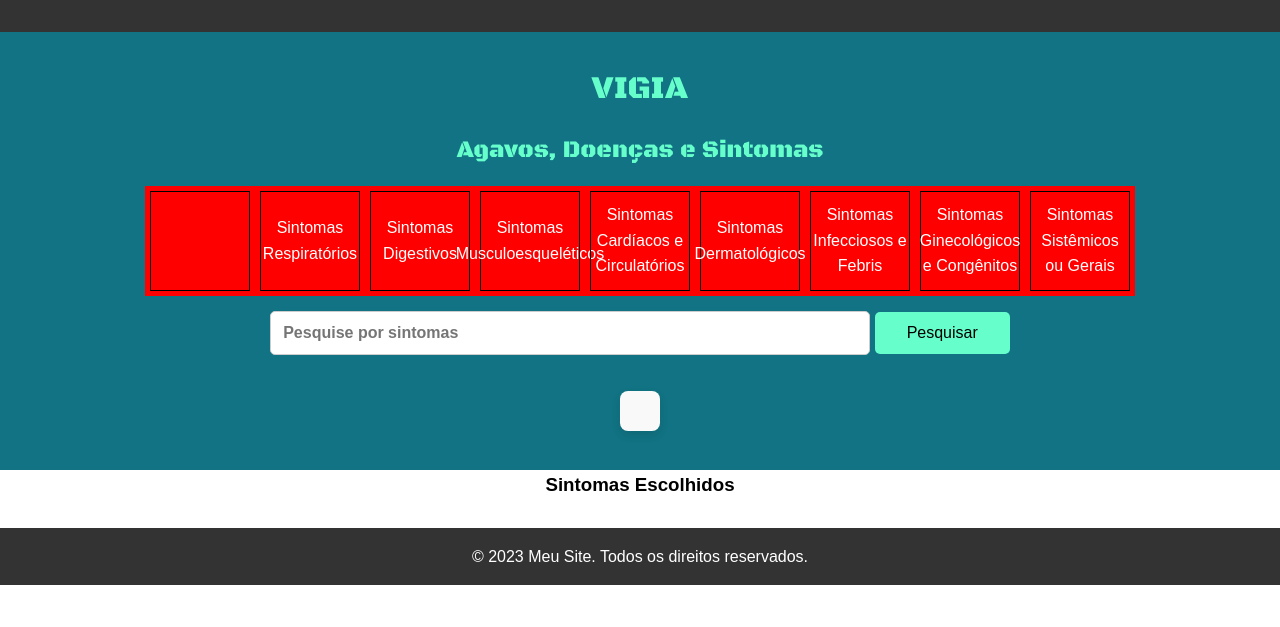
Repository: br-on/vigia
Page: index.html
These files come from the project's save history. The page is drawn as it stood at one moment and after the next save; the edit follows.
The browser window is 1280 px wide. The pictures show the whole page.
Some web fonts or font styles are not loaded; a fallback is used.

Above is the page before, as saved 2024-09-15 16:09:32.
Not found: assets/img/grupos/1.png

### index.html
<!DOCTYPE html>
<html lang="pt-br">
<head>
  <meta charset="UTF-8">
  <meta name="viewport" content="width=device-width, initial-scale=1.0">
  <title>IA VIGILÂNCIA</title>
  <link rel="stylesheet" href="assets/style/style.css">
</head>
<body>
  <nav>
  </nav>
  <header class="search">
    <h1 class="black-ops-one-regular">VIGIA</h1>
    <h2 class="black-ops-one-regular">Agavos, Doenças e Sintomas</h2>
    <div class="grupos-sintomas">
      <div class="grupo-sintoma"><img src="/assets/img/grupos/1.png" alt=""></div>
      <div class="grupo-sintoma">Sintomas Respiratórios</div>
      <div class="grupo-sintoma">Sintomas Digestivos</div>
      <div class="grupo-sintoma">Sintomas Musculoesqueléticos</div>
      <div class="grupo-sintoma">Sintomas Cardíacos e Circulatórios</div>
      <div class="grupo-sintoma">Sintomas Dermatológicos</div>
      <div class="grupo-sintoma">Sintomas Infecciosos e Febris</div>
      <div class="grupo-sintoma">Sintomas Ginecológicos e Congênitos</div>
      <div class="grupo-sintoma">Sintomas Sistêmicos ou Gerais</div>
    </div><br>
    <input type="text" placeholder="Pesquise por sintomas" class="electrolize-regular" id="campo-pesquisa">
    <button onclick="pesquisar()">Pesquisar</button>
    <br>
    <div id="resultados-pesquisa" class="resultado-pesquisa-sintomas"></div>
  </header>
  <main>
    <center><h3>Sintomas Escolhidos</h3></center>
    <div id="sintomas-escolhidos">

      <!-- Sintomas escolhidos serão exibidos aqui -->
    </div>
    <div id="resultados-doencas">
      <!-- Resultados das doenças serão exibidos aqui -->
    </div>
  </main>
  <footer>
    <p>&copy; 2023 Meu Site. Todos os direitos reservados.</p>
  </footer>

  <script src="assets/script/sintomas.js"></script>
  <script src="assets/script/data.js"></script>
  <script src="assets/script/app.js"></script>
</body>
</html>

### assets/style/style.css
/* style.css */
@import url('https://fonts.googleapis.com/css2?family=Black+Ops+One&display=swap');
@import url('https://fonts.googleapis.com/css2?family=Electrolize&display=swap');

.black-ops-one-regular {
  font-family: "Black Ops One", system-ui;
  font-weight: 400;
  font-style: normal;
}

.electrolize-regular {
  font-family: "Electrolize", sans-serif;
  font-weight: 600;
  font-style: normal;
}

/* Estilos globais */
* {
    margin: 0;
    padding: 0;
    box-sizing: border-box;
}

html, body {
    height: 100%;
    margin: 0;
}

body {
    font-family: Arial, sans-serif;
    line-height: 1.6;
    margin: 0;
    padding: 0;

}

header, nav, footer {
    background-color: #333;
    color: #fff;
    text-align: center;
    padding: 1rem;
}

main {
    flex: 1;
}

h1, h2 {
    color: #66ffcc;
    margin-bottom: 1rem;
}

/* Estilo para o formulário de pesquisa */
.search {
    text-align: center;
    padding: 2rem 1rem;
    background-color: #117383;
}

.search input[type="text"] {
    margin-top: 15px;
    width: 600px;
    padding: 0.75rem;
    margin-bottom: 1rem;
    border: 1px solid #ccc;
    border-radius: 5px;
    font-size: 1rem;
}

.search button {
    padding: 0.75rem 2rem;
    background-color: #66ffcc;
    color: #000;
    border: none;
    border-radius: 5px;
    cursor: pointer;
    font-size: 1rem;
}

.search button:hover {
    background-color: #29a67c;
    color: rgb(255, 255, 255);
}

/* Estilo para resultados */
.results {
    padding: 2rem;
    background-color: #fff;
    text-align: center;
}

/* Estilo do rodapé */

footer {
    background-color: #333;
    color: white;
    padding: 1rem;
    text-align: center;
    position: relative;
    bottom: 0;
    width: 100%;
}

/* Media Queries para telas menores */
@media (max-width: 768px) {
    .search input[type="text"] {
        width: 100%;
    }

    .search button {
        width: 100%;
        margin-top: 1rem;
    }
}

@media (max-width: 480px) {
    h1 {
        font-size: 2rem;
    }

    h2 {
        font-size: 1.5rem;
    }

    footer {
        font-size: 0.9rem;
    }
}

/* Container principal dos resultados */
#resultados-pesquisa {

    max-height: 80vh; /* Limita a altura para que os resultados não ocupem a tela inteira */
    overflow-y: auto; /* Ativa a barra de rolagem vertical */
    padding: 20px;
    margin-top: 20px;
    border-radius: 8px;
    box-shadow: 0px 4px 10px rgba(0, 0, 0, 0.1); /* Sombra suave */
    background-color: #f9f9f9; /* Fundo claro */
}

/* Estilo dos itens de resultado */
.item-resultado {
    border: 1px solid #e0e0e0; /* Borda leve ao redor do item */
    border-radius: 8px; /* Bordas arredondadas */
    padding: 20px; /* Espaçamento interno */
    margin-bottom: 20px; /* Espaçamento entre os itens */
    background-color: #fff; /* Fundo branco para o item */
    box-shadow: 0px 4px 8px rgba(0, 0, 0, 0.05); /* Sombra leve */
    transition: transform 0.3s ease, box-shadow 0.3s ease; /* Transição suave */
}

/* Efeito hover nos itens */
.item-resultado:hover {
    transform: translateY(-5px); /* Eleva o item ao passar o mouse */
    box-shadow: 0px 6px 12px rgba(0, 0, 0, 0.15); /* Aumenta a sombra ao passar o mouse */
}

/* Título do item */
.item-resultado h2 {
    font-size: 1.8rem;
    margin-bottom: 10px;
    color: #333; /* Cor mais escura para o título */
    font-weight: bold;
}

/* Subtítulos (Descrição, Sintomas, etc.) */
.item-resultado h4 {
    font-size: 1.2rem;
    margin-top: 15px;
    margin-bottom: 8px;
    color: #555; /* Cor intermediária */
}

/* Texto descritivo */
.item-resultado .descricao-meta {
    font-size: 1rem;
    line-height: 1.5; /* Facilita a leitura */
    color: #666; /* Cor do texto */
    margin-bottom: 15px;
}

/* Links */
.item-resultado a {
    font-size: 1rem;
    color: #007bff; /* Cor azul padrão */
    text-decoration: none;
}

.item-resultado a:hover {
    text-decoration: underline; /* Sublinha ao passar o mouse */
}

/* Barra de rolagem estilizada */
#resultados-pesquisa::-webkit-scrollbar {
    width: 8px;
}

#resultados-pesquisa::-webkit-scrollbar-thumb {
    background-color: #888;
    border-radius: 10px;
}

#resultados-pesquisa::-webkit-scrollbar-thumb:hover {
    background-color: #555;
}


/* Adicione isto ao seu arquivo CSS */
#filtros-sintomas {
    width: 90%;
    margin: 0 auto; /* Centraliza a div horizontalmente */
    display: flex;
    flex-wrap: wrap; /* Faz com que os itens quebrem para a linha seguinte */
    gap: 10px; /* Espaço entre os itens */
    box-sizing: border-box;
}

#filtros-sintomas label {
    display: flex;
    align-items: center;
    margin-right: 10px; /* Espaço entre os labels */

}


.sintoma-item {
    padding: 10px;
    margin: 5px 0;
    border-radius: 5px;
    cursor: pointer;
    margin: 2px;
}

.sintoma-item:hover {
    opacity: 0.8;
}

#sintomas-escolhidos {
    display: inline-flex;
    flex-wrap: wrap;
    margin-top: 20px;
}

.sintoma-escolhido {
    background-color: #d4edda; /* Cor de fundo verde clara */
    border: 1px solid #c3e6cb;
    padding: 10px;
    margin: 5px 0;
    border-radius: 5px;
}

.resultado-pesquisa-sintomas {
    display: inline-flex;
    flex-wrap: wrap;
    align-items: center;
    justify-content: center;
}

.grupos-sintomas {
    background-color: red;
    display: inline-flex;
    flex-wrap: wrap;
    justify-content: center;
    align-items: center;
}

.grupo-sintoma {
    display: flex;
    justify-content: center;
    align-items: center;
    border: solid 1px black;
    margin: 5px;
    width: 100px;
    height: 100px;
}

.grupo-sintoma:hover {
    height: 125px;
    width: 125px;
    transition: 0.5s;
    cursor: pointer;
}

### assets/script/app.js
document.addEventListener('DOMContentLoaded', function() {
    // Carregar sintomas iniciais (se necessário)
});

function pesquisar() {
    let campoPesquisa = document.getElementById("campo-pesquisa").value.toLowerCase();
    let resultadosSintomasDiv = document.getElementById("resultados-pesquisa");
    resultadosSintomasDiv.innerHTML = ""; // Limpar resultados anteriores

    // Filtra sintomas que correspondem ao texto digitado
    let sintomasEncontrados = dataSintomas.filter(sintoma =>
        sintoma.titulo_sintoma.toLowerCase().includes(campoPesquisa) ||
        sintoma.grupo_sintoma.toLowerCase().includes(campoPesquisa)
    );

    // Exibir sintomas encontrados
    sintomasEncontrados.forEach(sintoma => {
        let divSintoma = document.createElement('div');
        divSintoma.className = 'sintoma-item';
        divSintoma.style.backgroundColor = getRandomColor(); // Função para cor de fundo aleatória
        divSintoma.textContent = sintoma.titulo_sintoma;
        divSintoma.addEventListener('click', () => adicionarSintomaEscolhido(sintoma));
        resultadosSintomasDiv.appendChild(divSintoma);
    });
}

function adicionarSintomaEscolhido(sintoma) {
    let sintomasEscolhidosDiv = document.getElementById("sintomas-escolhidos");
    let divEscolhido = document.createElement('div');
    divEscolhido.className = 'sintoma-escolhido';
    divEscolhido.textContent = sintoma.titulo_sintoma;
    sintomasEscolhidosDiv.appendChild(divEscolhido);

    // Remover o sintoma da lista de sintomas encontrados
    let sintomaItems = document.querySelectorAll('#resultados-pesquisa .sintoma-item');
    sintomaItems.forEach(item => {
        if (item.textContent === sintoma.titulo_sintoma) {
            item.remove();
        }
    });

    // Opcional: Se quiser mostrar as doenças relacionadas, chame uma função aqui
    mostrarDoencasRelacionadas();
}

function mostrarDoencasRelacionadas() {
    let sintomasEscolhidosDiv = document.getElementById("sintomas-escolhidos");
    let sintomasEscolhidos = Array.from(sintomasEscolhidosDiv.children).map(div => div.textContent);

    let resultadosDoencasDiv = document.getElementById("resultados-doencas");
    resultadosDoencasDiv.innerHTML = ""; // Limpar resultados anteriores

    dataDoencas.forEach(doenca => {
        let sintomasDoenca = doenca.sintomas.toLowerCase().split(',').map(s => s.trim());
        let correspondeSintomas = sintomasEscolhidos.every(s => sintomasDoenca.includes(s.toLowerCase()));

        if (correspondeSintomas) {
            resultadosDoencasDiv.innerHTML += `
                <div class="item-resultado">
                    <h2 class="black-ops-one-regular">${doenca.titulo}</h2>
                    <h4 class="electrolize-regular">Descrição</h4>
                    <p class="descricao-meta">${doenca.descricao}</p>
                    <h4 class="electrolize-regular">Sintomas</h4>
                    <p class="descricao-meta">${doenca.sintomas}</p>
                    <h4 class="electrolize-regular">Prevenção</h4>
                    <p class="descricao-meta">${doenca.prevencao}</p>
                    <h4 class="electrolize-regular">Tratamento</h4>
                    <p class="descricao-meta">${doenca.tratamento}</p>
                    <a href="${doenca.link}" target="_blank">${doenca.link}</a>
                </div>
            `;
        }
    });
}

// Função para gerar cor aleatória
function getRandomColor() {
    const letters = '0123456789ABCDEF';
    let color = '#';
    for (let i = 0; i < 6; i++) {
        color += letters[Math.floor(Math.random() * 16)];
    }
    return color;
}

Loaded but not shown: assets/script/data.js (373 lines, source omitted); assets/script/sintomas.js (470 lines, source omitted)

After the next save:
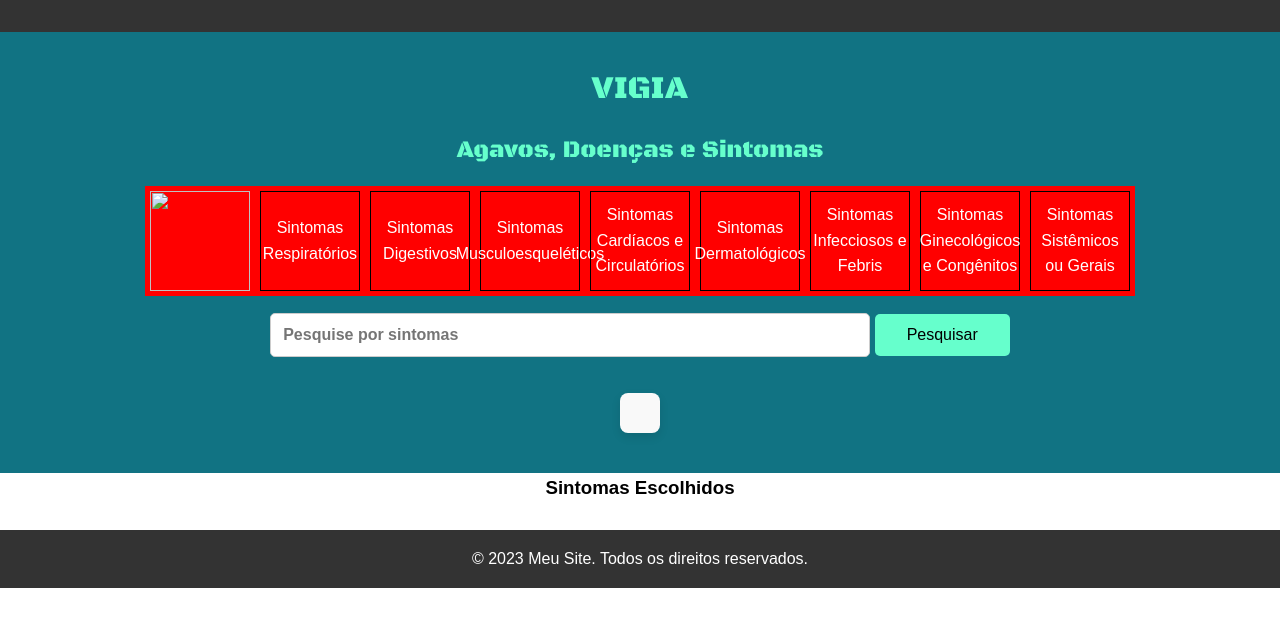
Saved 49 s later.
--- a/assets/style/style.css
+++ b/assets/style/style.css
@@ -281,3 +281,8 @@ footer {
     transition: 0.5s;
     cursor: pointer;
 }
+
+.grupo-sintoma img {
+    width: 100px;
+    height: 100px;
+}
